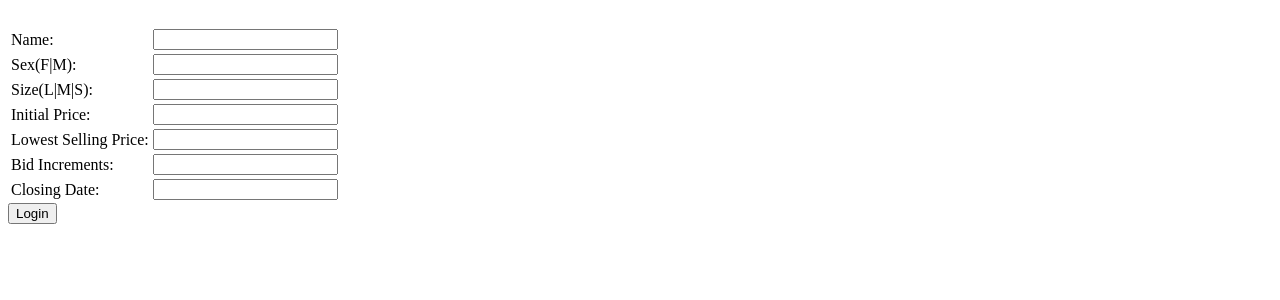
Repository: Kevin-Zhang-0/cs336Project
Page: http://localhost/cs336Sample/shirt.jsp
These files come from the project's save history. The page is drawn as it stood at one moment and after the next save; the edit follows.
The browser window is 1280 px wide. The pictures show the whole page.
The page is served by Tomcat 9.

Above is the page before, as saved 2022-05-04 03:19:21.

After the next save:
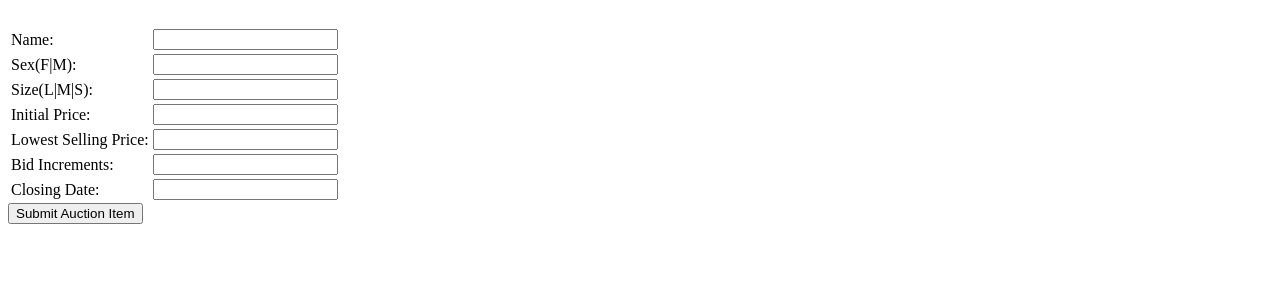
Saved 27 s later.
--- a/cs336Sample/src/main/webapp/shirt.jsp
+++ b/cs336Sample/src/main/webapp/shirt.jsp
@@ -41,7 +41,7 @@
 
 
 			</table>
-			<input type="submit" value="Login">
+			<input type="submit" value="Submit Auction Item">
 		</form>
 	<br>
 
